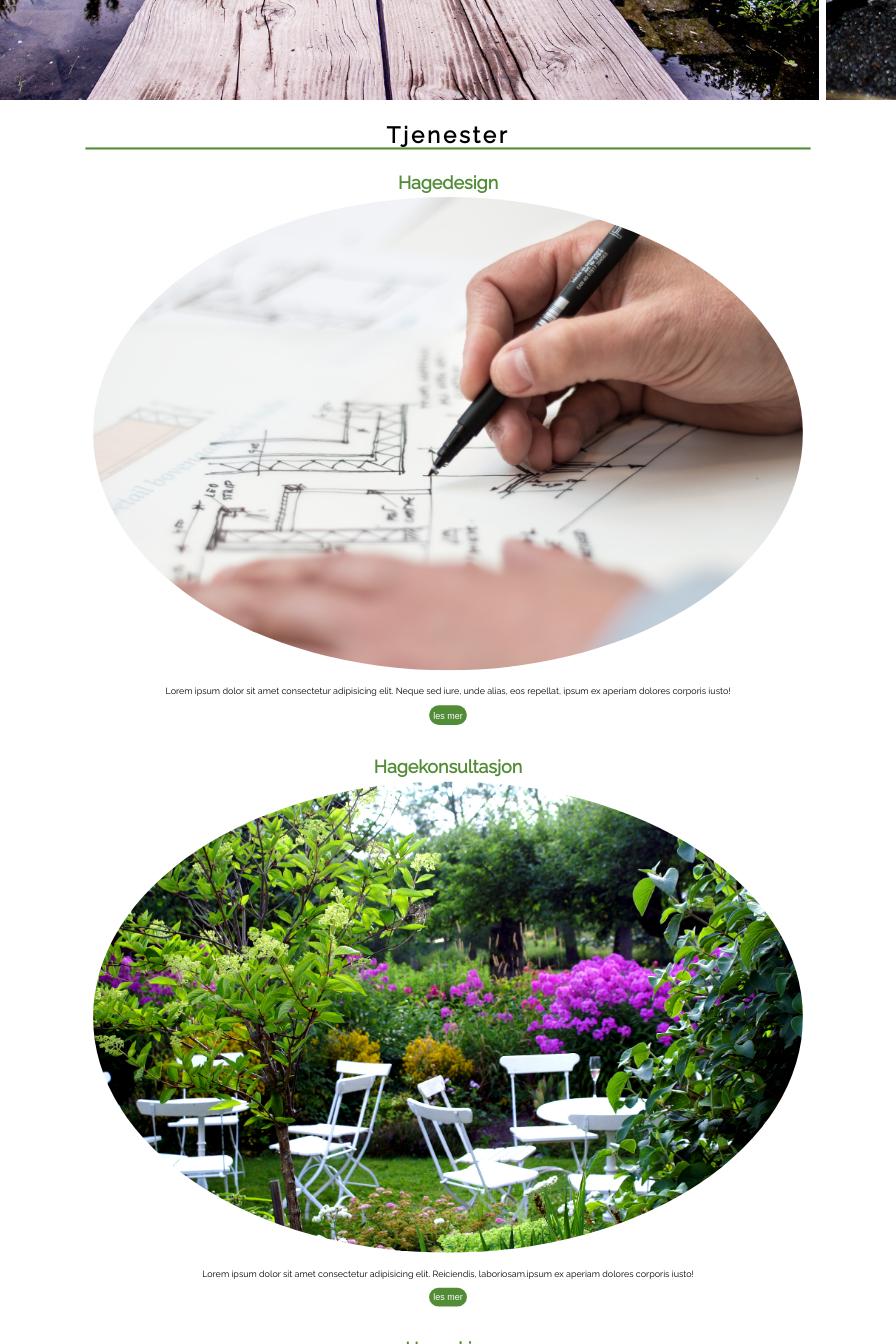
Repository: marinazzz/garden-design-website
Page: index.html
The author's editor kept a copy of each file at every save. The page is drawn from the files as they stood at one save, then again after the next save.
The browser window is 1280 px wide. The pictures show the part of the page from y = 841 to 2761 px (the page is 3679 px tall), at 70% of full size.

Above is the page before, as saved 2020-03-31 12:39:59.

### index.html
<!DOCTYPE html>
<html lang="nb">
<head>
    <title>Hagedesign Oslo</title>
    <link rel="stylesheet" type="text/css" href="CSS/fontawesome-free-5.12.1-web/css/all.min.css">
    <link rel="stylesheet" type="text/css" href="CSS/style.css"/>
    <link rel="stylesheet" type="text/css" href="CSS/min-width-768px.css">
    <link rel="stylesheet" type="text/css" href="CSS/min-width-992px.css">
    <link rel="stylesheet" href="https://cdnjs.cloudflare.com/ajax/libs/animate.css/3.7.2/animate.min.css">
    <link rel="stylesheet" type="text/css" href="PLUGINS/glide-master/dist/css/glide.core.min.css" />
    <link rel="stylesheet" type="text/css" href="PLUGINS/glide-master/dist/css/glide.theme.min.css" />
    <link href="https://fonts.googleapis.com/css?family=Raleway&display=swap" rel="stylesheet">
    <meta name="viewport" content="width=device-width, initial-scale=1" charset="UTF-8">
</head>
<body>
    <header class="header--white-green">
        <div class="wrapper">
        <div class="container__menu--small container__menu"> <!--grid container-->
            <div class="container__logo"> <!--1.column-->
                <img class="logo"src="images/prohage black.png" alt="Prohage logo">
            </div>
            <div class="container__items--small container__items"> <!--2.column-->
                <div class="container__item"> <!--1.row-->
                     <a href="mailto:info@prohage.no"
                         class ="container__item-txt"><i class="far fa-envelope"></i>info@prohage.no</a>
                     <a href="tlf:45511111"
                         class="container__item-txt"><i class="fas fa-phone"></i>45511111</a>
                </div>
               <div class="container__item-bottom"> <!--2.row-->
                   <button class="menu__toggle">
                       <i class="fas fa-bars"></i>
                   </button>
                   <nav id="menu">
                        <ul class="menu__list">
                            <li class="menu__item">
                                <a class="menu__link" href="home">Home</a>
                            </li>
                            <li class="menu__item">
                                <a class="menu__link" href="#services">Våre tjenester</a>
                            </li>
                            <li class="menu__item">
                                <a class="menu__link" href="#gallery">Galleri</a>
                            </li>
                            <li class="menu__item">
                                <a class="menu__link" href="#about">Om oss</a>
                            </li>
                            <li class="menu__item">
                                <a class="menu__link" href="#blog">Blogg</a>
                            </li>
                            <li class="menu__item">
                                <a class="menu__link" href="kontakt">Kontakt</a>
                            </li>
                       </ul>
                   </nav>
               </div>
            </div>
            </div>
        </div>
        <section id="main-photo">
            <div class="glide">
                <div class="glide__track"
                     data-glide-el="track">
                    <ul class="glide__slides">
                        <li class="glide__slide">
                            <img class="main-photo__item"
                                 srcset="images/daylight-environment-garden-2000.jpg 2000w,
                                         images/daylight-environment-garden-1000.jpg 1000w"
                                 sizes="(min-width: 1440px) 2000px, 100vw"
                                 src="images/daylight-environment-garden-2000.jpg" alt="Garden and plants" />
                                 <h1 class="main-photo__title">Profesjonell hagehjelp</h1>
                        </li>
                        <li class="glide__slide">
                            <img class="main-photo__item"
                                 srcset="images/main-header-photo-2000.jpg 2000w,
                                          images/main-header-photo-1000.jpg 1000w"
                                 sizes="(min-width: 1440px) 2000px, 100vw"
                                 src="images/main-header-photo-2000.jpg" alt="Garden and plants" />
                                 <h1 class="main-photo__title">Ta kontakt allerede idag</h1>
                                </li>
                        <li class="glide__slide">
                            <img class="main-photo__item"
                                 srcset="images/header-photo-2000.jpg 2000w,
                                         images/header-photo-1000.jpg 1000w"
                                 sizes="(min-width: 1440px) 2000px, 100vw"
                                 src="images/header-photo-2000.jpg" alt="Garden designed by proffesional" />
                                 <h1 class="main-photo__title">Rådgiving og tipser</h1>
                        </li>
                        <li class="glide__slide">
                            <img class="main-photo__item"
                                 srcset="images/bloom-blooming-blur-2000.jpg 2000w,
                                         images/bloom-blooming-blur-1000.jpg 1000w"
                                 sizes="(min-width: 1440px) 2000px, 100vw"
                                 src="images/bloom-blooming-blur-2000.jpg" alt="Garden designed by proffesional" />
                                 <h1 class="main-photo__title">Følg vår hageblogg</h1>
                        </li>
                    </ul>
                </div>
                <!--<div class="glide__arrows"
                         data-glide-el="controls">
                        <button class="glide__arrow glide__arrow--left"
                                data-glide-dir="<">
                            <i class="fas fa-chevron-circle-left"></i>
                        </button>
                        <button class="glide__arrow glide__arrow--right"
                                data-glide-dir=">">
                            <i class="fas fa-chevron-circle-right"></i>
                        </button>
                    </div>-->
            </div>

            <!--<img class="main-photo__item1"
                 srcset="images/architecture-clouds-daylight-2000.jpg 2000w,
                         images/architecture-clouds-daylight-1000.jpg 1000w"
                 sizes="(min-width: 1440px) 2000px, 100vw"
                 src="images/architecture-clouds-daylight-2000.jpg" alt="Garden">
            <img class="main-photo__item2"
                 srcset="images/header-photo-2000.jpg 2000w,
                         images/header-photo-1000.jpg 1000w"
                 sizes="(min-width: 1440px) 2000px, 100vw"
                 src="images/header-photo-2000.jpg" alt="Garden designed by proffesional" >
            <img class="main-photo__item3"
                 srcset="images/main-header-photo-2000.jpg 2000w,
                         images/main-header-photo-1000.jpg 1000w"
                 sizes="(min-width: 1440px) 2000px, 100vw"
                 src="images/main-header-photo-2000.jpg" alt="Garden and plants" >
            <h1 class="main-photo__title">Profesjonell hagehjelp</h1>-->
        </section>
     </header>
     <main>
         <section id="services" class="section--white-green">
            <h1 class="services-title">Tjenester</h1>
            <section class="services-item">
                <h2 class="services-item-title">Hagedesign</h2>
                <img class="services-photo" src="images/person-holding-black-pen-1109541.jpg" alt="Hagedesigner tegner">
                <p class="services-txt">Lorem ipsum dolor sit amet consectetur adipisicing elit. Neque sed iure, unde alias, eos repellat, ipsum ex aperiam dolores corporis iusto!</p>
                <button class="services-toggle">les mer</button>
            </section>
            <section class="services-item">
                <h2 class= "services-item-title">Hagekonsultasjon</h2>
                <img class="services-photo" src="images/colorful-garden-1226667-1919x1272.jpg" alt="Hagekonsultasjon med hagedesigner">
                <p class="services-txt">Lorem ipsum dolor sit amet consectetur adipisicing elit. Reiciendis, laboriosam.ipsum ex aperiam dolores corporis iusto!</p>
                <button class="services-toggle">les mer</button>
            </section>
            <section class="services-item">
                <h2 class="services-item-title">Hageskise</h2>
                <img class="services-photo" src="images/selective-focus-photography-of-green-leafed-plant-on-table-1424464.jpg" alt="Hagedesigner hjelp">
                <p class="services-txt">Lorem ipsum dolor sit amet consectetur adipisicing elit. Reiciendis, laboriosam.ipsum ex aperiam dolores corporis iusto!</p>
                <button class="services-toggle">les mer</button>
            </section>
         </section>
         <section id="gallery">

        </section>
         <article id="blog-posts">
             <h3>Title of blog</h2>
             <p>Blog post text</p>
         </article>
         <section id="about oss">

        </section>
     </main>
     <footer>
	     <p>designed by Marina Zujic
		     <a href="https://github.com/marinazzz">github.com/marinazzz</a>
	     </p>
     </footer>
     <script src="PLUGINS/glide-master/dist/glide.min.js"></script>
     <script>
        new Glide('.glide', {
            type: 'carousel',
            autoplay: true,
            hoverpause: false,
            perView: 1,
            direction: 'rtl',
            animationDuration: 10000
        }).mount()
      </script>
     <script src="JS/js-app.js"></script>
</body>
</html>

### CSS/style.css
html {
  font-size: 62.5%;
}

body {
  margin: 0;
  padding: 0;
  text-align: center;
  box-sizing: border-box;
  font-family: 'Raleway', sans-serif;
}

       /*__ HEADER__ */

/*color styles*/
.header--white-green {
  --header-bg-color: #528C36;
  --header-link-color: black;
  --header-menu-link: #fff;
  --header-toggle-color: #528C36;
}

/*main style*/
.container__menu--small {
  display: flex;
  justify-content: space-around;
  box-shadow: 0 0 2rem 0 rgba(0, 0, 0, 0.24), 0 0 30rem 0 rgba(0, 0, 0, 0.2);
}

.logo {
  max-height: 8rem;
  background: white;
}

.container__items--small {
  display: grid;
  grid-template-rows: 1fr 1fr;
  align-content: flex-end;
  width: 250px;
}

.container__item {
  align-self: center;
}

.container__item,
.container__item-bottom {
  text-align: end;
}

.container__item-txt {
  color: var(--header-link-color);
  text-decoration: none;
  font-size: 1.2rem;
}

.container__item > a:first-of-type {
  padding-right: 1.6rem;
}

.container__item-bottom > nav {
  text-align: center;
}

.menu__toggle {
  color: var(--header-bg-color);
  box-sizing: border-box;
  border: none;
  background-color: transparent;
  outline: none;
  font-size: 3rem;
  line-height: 0;
  padding: 0.5rem;
  color: var(--header-toggle-color);
  position: relative;
  z-index: 100;
}

.fa-phone,
.fa-envelope {
  margin-right: 1rem;
}


/* MENU */

#menu {
  display: none;
  position: absolute;
  top: auto;
  left: 0;
  width: 100%;
  padding-top: 1rem;
  background-color: var(--header-bg-color);
  z-index: 20;
}

.menu__list {
  padding: 0;
  margin: 0;
  display: flex;
  flex-direction: column;
}

.menu__item {
  display: block;
  margin-bottom: 1rem;
}

.menu__link {
  color: var(--header-menu-link);
  text-decoration: none;
  font-size: 1.4rem;
}

#menu.menu-opened {
  display: block;
}


/*FOR SMALL DEVICES*/

@media screen and (max-width: 420px) {

  .logo {
    max-height: 7rem;
  }

  .container__items--small {
    width: auto;
    align-self: center;
  }

  .container__item > a:first-of-type {
    padding-right: 1.3rem;
  }

  .container__item {
    text-align: center;
  }

  .fa-phone, .fa-envelope {
    margin-right: 0.3rem;
  }
}

/* MAIN PICTURE */

#main-photo {
  width: 100%;
  padding-top: 1rem;
}

.main-photo__title {
  position: absolute;
  color: white;
  background-color:#524a4a3b;
  border: 0.1rem solid white;
  filter: drop-shadow(2px 4px 6px black);
  padding: 2rem;
  margin: 0 auto;
  font-size: 1.5rem;
  letter-spacing: 0.2rem;
  top: 50%;
  left: 50%;
  transform: translate(-50%, -50%);
}



/* GLIDE SLIDER CSS OVERRIDES */

.glide__slides {
  margin: 0;
}

.glide__slide {
  position: relative;
}

/*#main-photo .glide__arrow  {
  font-size: 4rem;
  padding: 0;
  border-color: transparent;
  box-shadow: none;
  border-radius: 50%;
  line-height: 0;
  transition: all 200ms ease-in-out;
}

#main-photo .glide__arrow:hover {
  border-color: #252525;
  color: #252525;
}*/



/*#main-photo {
  position: relative;
}

.main-photo__item {
   width: 100%;
}

.main-photo__title {
  position: absolute;
  bottom: 1rem;
  left: 20rem;
  font-size: 2rem;
}*/



/*1. COLOR OPTION*/
/* CSS variables*/
/* :root {
  --header-bg-color: #4daa57;
  --header-top-bg-color: #252525;
  --header-toggle-color: #fff;
}*/

/*.top-header__item {
  color: var(--header-link-color);
  text-decoration: none;
  font-size: 1.4rem;
}*/


/*------MAIN----------*/

/* SECTIONS */

/*Common styles for sections*/

/*color styles*/
.section--white-green {
  --section-border-color: #528C36;
  --section-h2-color: #528C36;
  --buttons-services-color: #528C36;
}

/*layout*/
#services, #gallery, #reviews, #about {
  padding: 0.5rem;
}

.services-title, .gallery-title, .about-title {
  font-size: 2.5rem;
  margin: 0 9rem;
  padding-top: 1.6rem;
  letter-spacing: 0.32rem;
  border-bottom: var(--section-border-color) solid 0.25rem;
}

/* SECTION SERVICES */

.services-txt {
  margin: 0;
  padding-top: 1.5rem;
}
.services-item {
  padding-top: 2rem;
}

.services-item-title {
  margin: 0.5rem 0 0.5rem 0;
  font-size: 2rem;
}

.services-photo {
  overflow: hidden;
  border-radius: 50%;
  width: 80%;
}

.services-item-title {
  color: var(--section-h2-color);
}

.services-toggle {
  background: var(--buttons-services-color);
  border-radius: 2rem;
  box-sizing: border-box;
  border: none;
  font-size: 1rem;
  padding: 0.5rem;
  margin: 1rem;
  color: #fff;
}

### CSS/min-width-768px.css
@media screen and (min-width: 768px) {

  html {
    font-size: 70%;
  }

   /* HEADER */


   .container__menu,
   .container__items {
    display: grid;
   }

   .container__menu {
    grid-template-columns: 2fr 80%;
    box-shadow: 0 0 2rem 0 rgba(0, 0, 0, 0.62), 0 0 30rem 0 rgba(0, 0, 0, 0.19);
  }

  .container__items {
    grid-template-rows: 1fr 1fr;
    background: var(--header-bg-color);
    width: auto;
  }

  .container__item,
  .container__item-bottom {
    display: flex;
  }

  .container__item {
    align-self: center;
    justify-content: space-around;
    /*padding-left: 23rem;*/
  }

  .container__item > a:first-of-type {
    padding-left: 10rem;
  }

  .container__item-bottom {
    align-items: center;
  }

  .menu__toggle {
    display: none;
  }

  /* NAVIGATION */

  #menu,
  .menu-opened .menu__item .menu__link {
    display: block;
  }

  #menu {
    position: static;
    padding: 0;
    top: 0;
  }

  #menu,
  .menu_list {
    height: 100%;
  }

  .menu__list {
    height: 100%;
    flex-direction: row;
    justify-content: center;
    align-items: center;
    padding-left: 5rem;
  }

  .menu__item {
    height: 100%;
    display: block;
    flex-grow: 1;
    margin: 0;
    line-height: 4.5rem;
  }

  .menu__item:hover {
    background-color:#272727;
  }

  .menu__link:active {
    color:black;
  }

  .menu__link,
  .container__item-txt {
    font-weight: bold;
  }

  /* color styles */

  :root {
    /*header*/
    --header-bg-color:#528C36;
    --link-color: #FCFDF9;
  }

  /* MAIN PHOTO */

  .main-photo__title {
    font-size: 2rem;
    letter-spacing: 0.3rem;
}

}

### CSS/min-width-992px.css
@media screen and (min-width: 992px) {
    html {
        font-size: 80%;
    }

   /* HEADER */

    .logo {
        max-height: 9rem;
    }

    .container__items {
        width: auto;
    }

    .container__item {
        padding-left: 22rem;;
    }

    .container__item-bottom,
    .container__items {
        padding: 0;
    }

    #menu {
        padding-left: 10rem;
    }
}

@media screen and (min-width: 1440px) {

    /* HEADER */
    .container__menu {
        max-width: 1500px;
        margin: 0 auto;
    }

    .container__item {
        padding-left: 47rem;;
    }

    #menu {
        padding-left: 30rem;
    }


    /* MAIN PHOTO */

    .main-photo__title {
        font-size: 3rem;
        letter-spacing: 0.5rem;
    }
}

@media screen and (min-width: 2560px) {

    .logo {
        max-height: 12rem;
    }

    .container__item {
        justify-self: center;
    }

    .container__item > a:first-of-type {
        padding: 0 13rem;
    }

    .container__item-bottom {
        padding: 0 40rem;
    }

    /*content on middle*/

    .container__menu {
        max-width: 2000px;
    }

    .container__item-bottom,
    .container__items {
        padding: 0;
    }

    #menu,
    .container__item {
        padding-left: 50rem;
    }
}

Loaded but not shown: CSS/fontawesome-free-5.12.1-web/css/all.min.css (library); PLUGINS/glide-master/dist/css/glide.core.min.css (common file); PLUGINS/glide-master/dist/css/glide.theme.min.css (common file); PLUGINS/glide-master/dist/glide.min.js (library); JS/js-app.js (no copy from this time; the picture is the same without it)

After the next save:
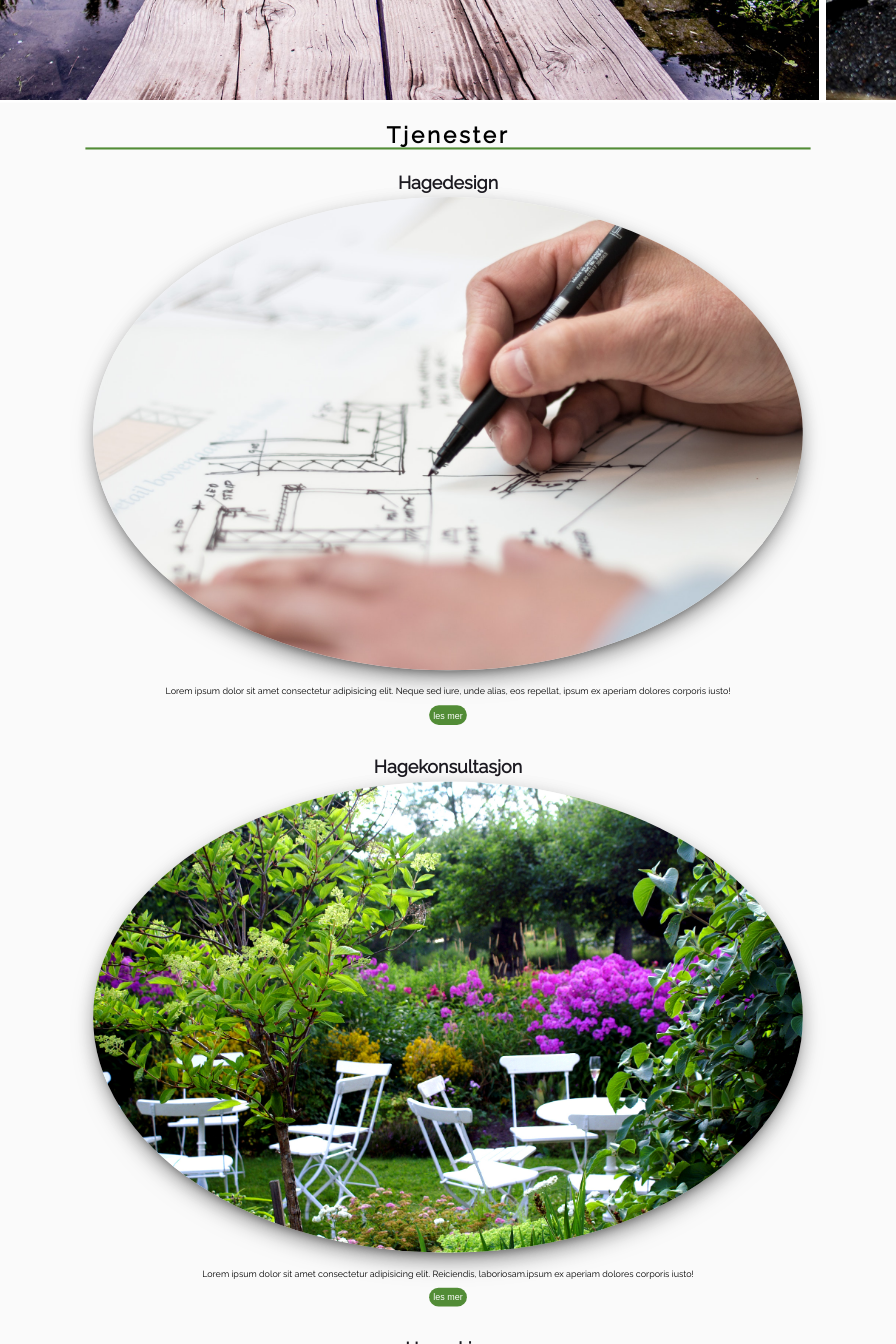
Saved 34 min 29 s later.
--- a/CSS/style.css
+++ b/CSS/style.css
@@ -235,14 +235,16 @@ body {
 
 /*color styles*/
 .section--white-green {
+  --section-bg: #FAFAFA;
   --section-border-color: #528C36;
-  --section-h2-color: #528C36;
+  --section-h2-color: #1C1A21;
   --buttons-services-color: #528C36;
 }
 
 /*layout*/
 #services, #gallery, #reviews, #about {
   padding: 0.5rem;
+  background: var(--section-bg);
 }
 
 .services-title, .gallery-title, .about-title {
@@ -270,6 +272,7 @@ body {
 
 .services-photo {
   overflow: hidden;
+  box-shadow: 0 16px 38px -12px rgba(0, 0, 0, 0.56), 0 4px 25px 0px rgba(0, 0, 0, 0.12), 0 8px 10px -5px rgba(0, 0, 0, 0.2);
   border-radius: 50%;
   width: 80%;
 }
